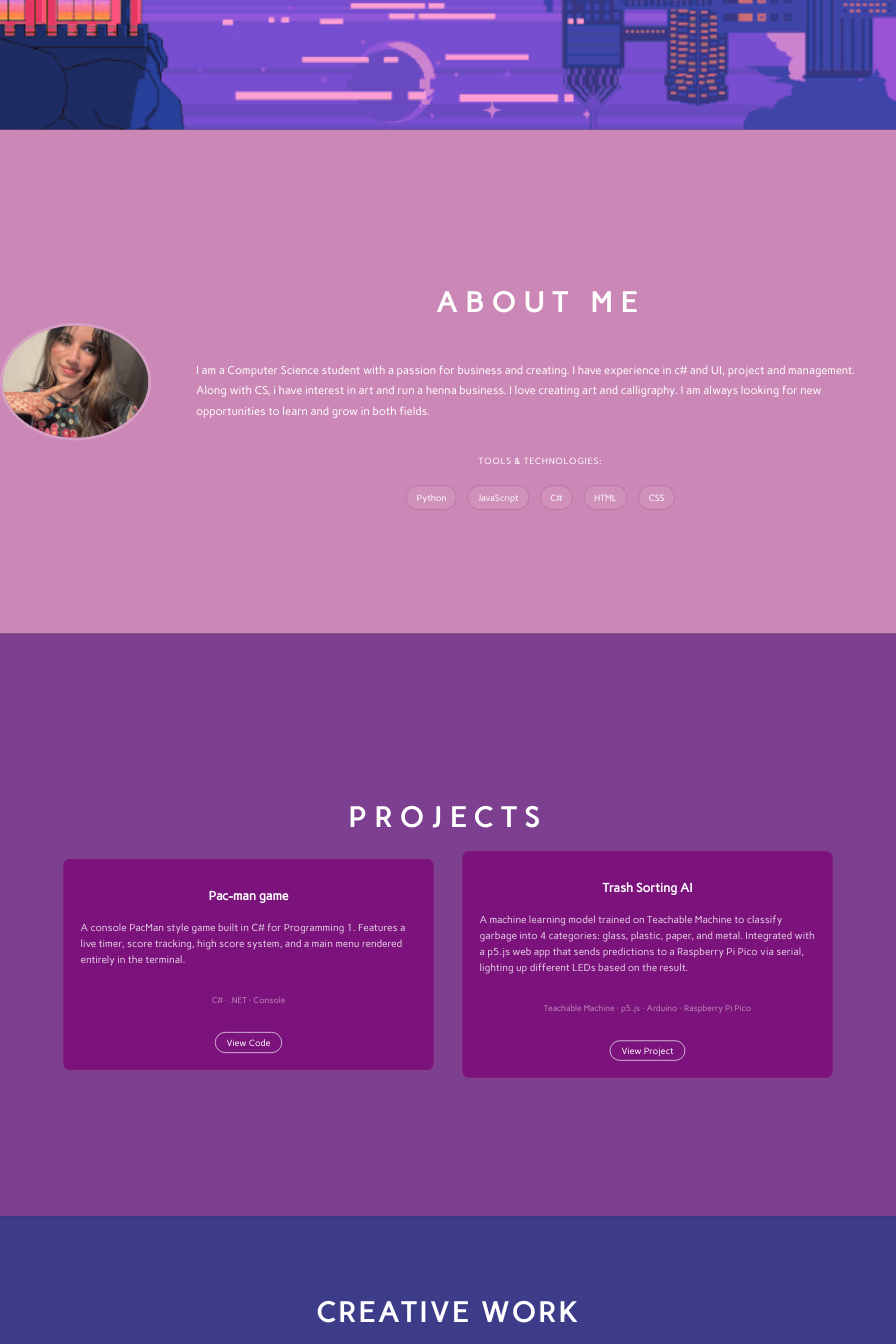
Repository: Rameen-A/Rameen-A
Page: index.html
These files come from the project's save history. The page is drawn as it stood at one moment and after the next save; the edit follows.
The browser window is 1280 px wide. The pictures show the part of the page from y = 586 to 2506 px (the page is 3830 px tall), at 70% of full size.

Above is the page before, as saved 2026-05-09 23:13:36.

After the next save:
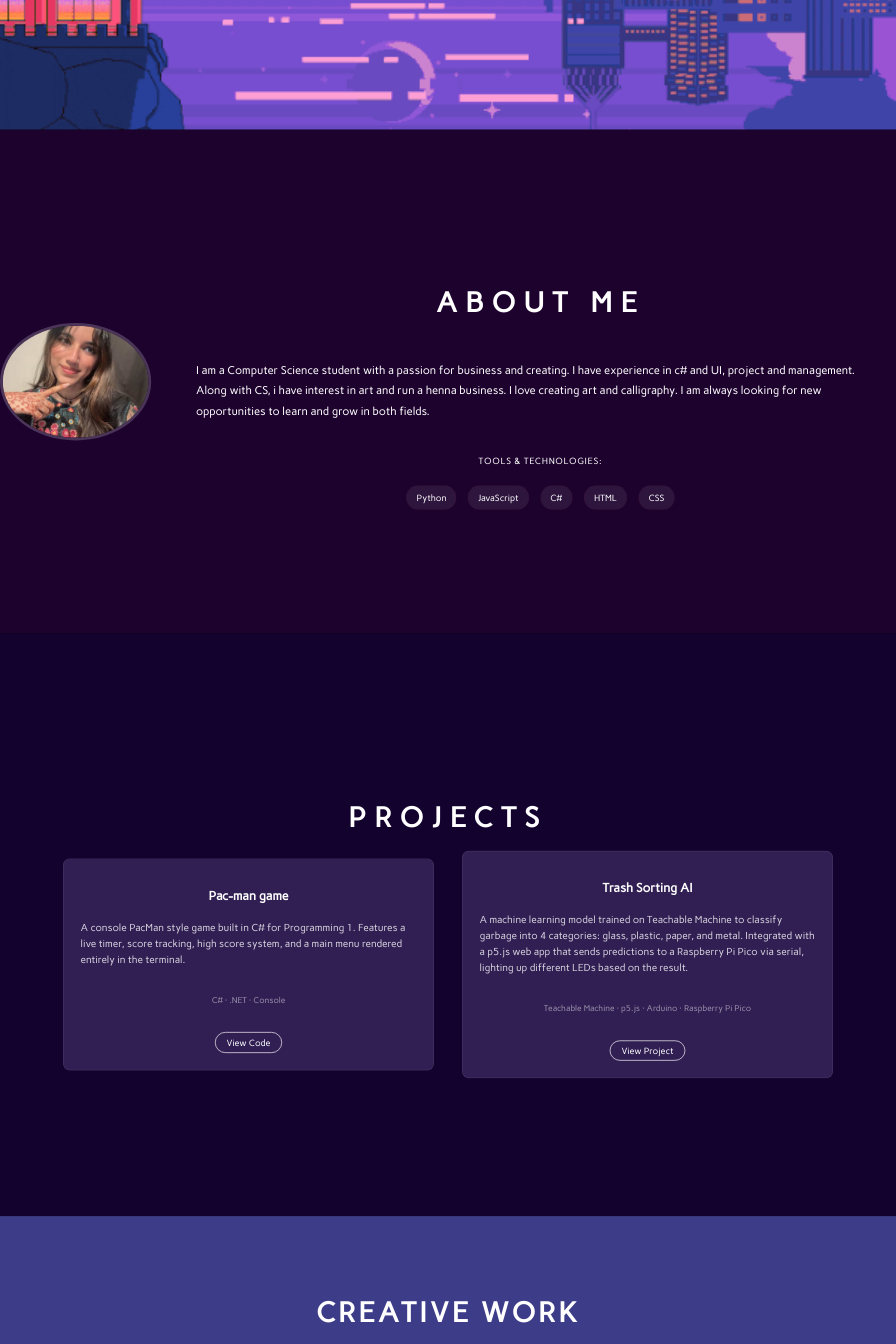
Saved 4 min 51 s later.
--- a/styles/index.css
+++ b/styles/index.css
@@ -44,7 +44,7 @@ article {
   gap: 2.5rem;
   flex-direction: column;
 
-  background-color: rgb(203, 135, 181);
+  background-color: rgb(29, 2, 46);
 }
 .about h2 {
   font-size: 1.75rem;
@@ -104,7 +104,7 @@ article {
   display: flex;
   justify-content: center;
   min-height: 100vh;
-  background-color: rgb(125, 64, 144);
+  background-color: rgb(19, 2, 45);
   align-items: center;
   padding-top: 4rem;
   padding-bottom: 3rem;
@@ -128,7 +128,7 @@ article {
   text-align: left;
 }
 .card {
-  background-color: #7c127c;
+  background-color: #311f54;
   border: 1px solid rgba(230, 216, 225, 0.1);
   border-radius: 10px;
   padding: 1.5rem;
@@ -141,7 +141,7 @@ article {
 }
 
 .card:hover {
-  border-color: rgba(180, 26, 26, 0.4);
+  border-color: rgba(244, 243, 243, 0.4);
 }
 
 .card h3 {
